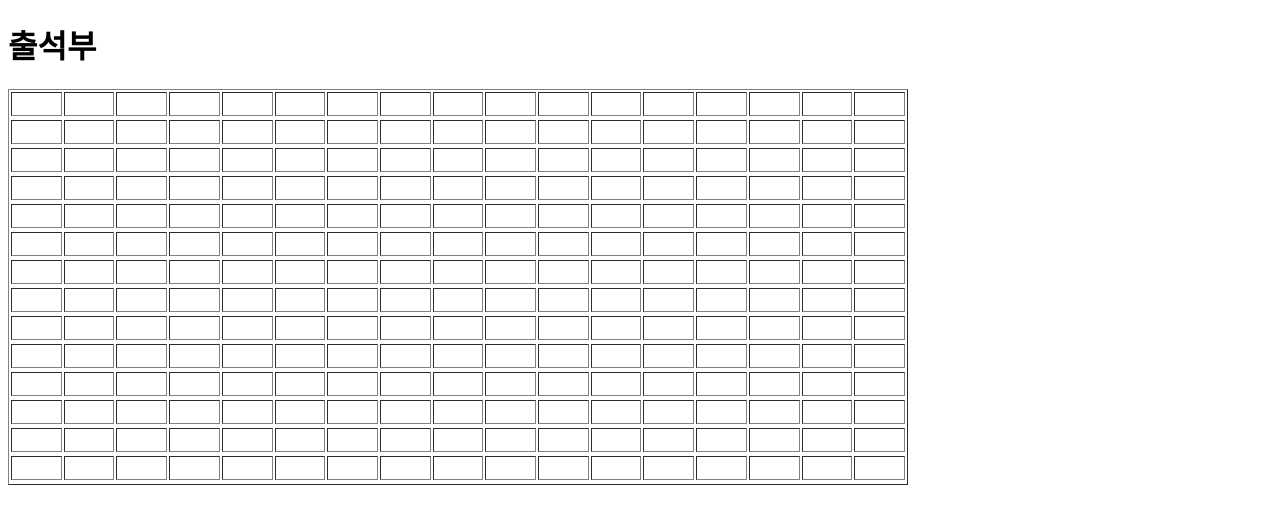
Repository: sinsujung/client
Page: ClientTest/src/main/webapp/문제/q12.html
An editor plug-in stored every save of this project. The page is shown before and after the next save, followed by the edit.
The browser window is 1280 px wide. The pictures show the whole page.

Above is the page before, as saved 2023-09-21 04:41:18.

After the next save:
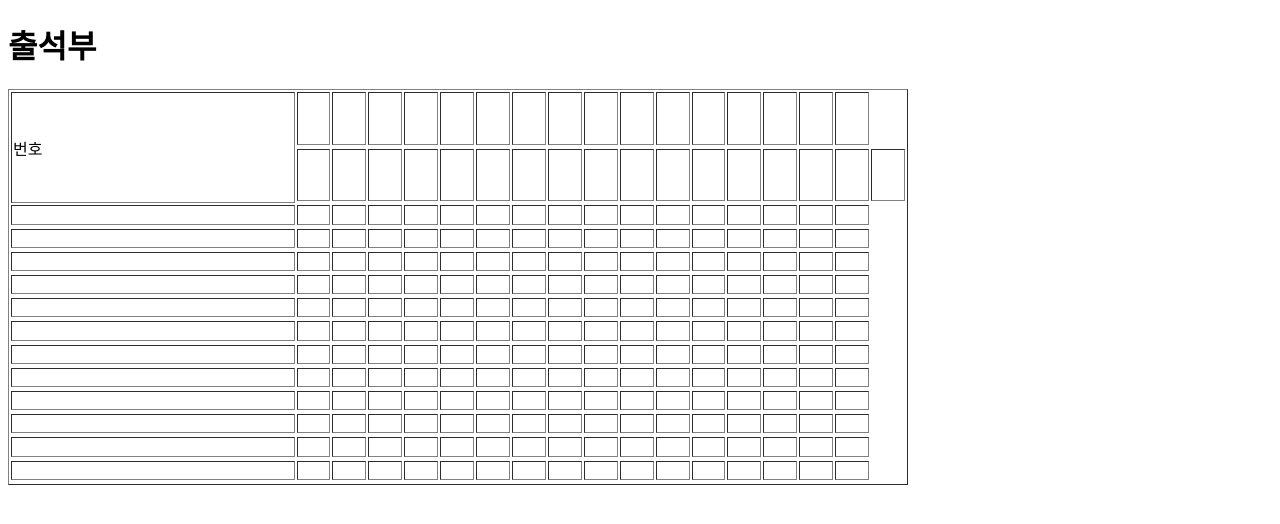
Saved 2 min 13 s later.
--- a/ClientTest/src/main/webapp/문제/q12.html
+++ b/ClientTest/src/main/webapp/문제/q12.html
@@ -13,7 +13,7 @@
 	<h1>출석부</h1>
 	<table border="1" width="900" height="396.02">
 		<tr>
-			<td></td>
+			<td rowspan="4">번호</td>
 			<td></td>
 			<td></td>
 			<td></td>
